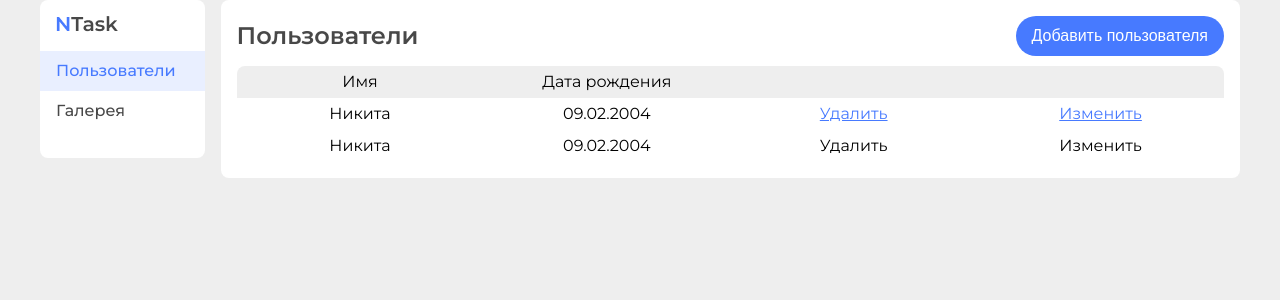
Repository: Grid-Master/NTask
Page: /
These files come from the project's save history. The page is drawn as it stood at one moment and after the next save; the edit follows.
The browser window is 1280 px wide. The pictures show the whole page.
The project was rebuilt for these pictures with package versions that can differ from the ones it lists, and the page was loaded fresh each time.

Above is the page before, as saved 2023-06-05 11:18:02.

### public/index.html
<!DOCTYPE html>
<html lang="en">
  <head>
    <meta charset="utf-8" />
    <link rel="icon" href="%PUBLIC_URL%/favicon.ico" />
    <meta name="viewport" content="width=device-width, initial-scale=1" />
    <meta name="theme-color" content="#000000" />
    <meta name="description" content="Web site created using create-react-app" />
    <link rel="apple-touch-icon" href="%PUBLIC_URL%/logo192.png" />
    <link rel="preconnect" href="https://fonts.googleapis.com" />
    <link rel="preconnect" href="https://fonts.gstatic.com" crossorigin />
    <link
      href="https://fonts.googleapis.com/css2?family=Montserrat:wght@300;400;500;600;700&display=swap"
      rel="stylesheet" />
    <link rel="manifest" href="%PUBLIC_URL%/manifest.json" />
    <title>React App</title>
  </head>
  <body>
    <noscript>You need to enable JavaScript to run this app.</noscript>
    <div id="root"></div>
  </body>
</html>

### src/index.css
html, body, div, span, applet, object, iframe,
h1, h2, h3, h4, h5, h6, p, blockquote, pre,
a, abbr, acronym, address, big, cite, code,
del, dfn, em, img, ins, kbd, q, s, samp,
small, strike, strong, sub, sup, tt, var,
b, u, i, center,
dl, dt, dd, ol, ul, li,
fieldset, form, label, legend,
table, caption, tbody, tfoot, thead, tr, th, td,
article, aside, canvas, details, embed,
figure, figcaption, footer, header, hgroup,
menu, nav, output, ruby, section, summary,
time, mark, audio, video {
	margin: 0;
	padding: 0;
	border: 0;
	font-size: 100%;
	font: inherit;
	vertical-align: baseline;
}
/* HTML5 display-role reset for older browsers */
article, aside, details, figcaption, figure,
footer, header, hgroup, menu, nav, section {
	display: block;
}
body {
	line-height: 1;
}
ol, ul {
	list-style: none;
}
blockquote, q {
	quotes: none;
}
blockquote:before, blockquote:after,
q:before, q:after {
	content: '';
	content: none;
}
table {
	border-collapse: collapse;
}
body {
  margin: 0;
  font-family: Montserrat;
  background: #EEEEEE;
  max-width: 1200px;
  margin: 0 auto;

}

code {
  font-family: source-code-pro, Menlo, Monaco, Consolas, 'Courier New',
    monospace;
}

### src/App.tsx
import './App.css';
import Navbar from './components/navabar/Navbar';
import UserList from './components/userList/UserList';

function App() {
  return (
    <div className="App">
      <Navbar />
      <UserList />
    </div>
  );
}

export default App;

### src/App.css
.App {
  display: flex;
  align-items:start;
  gap: 16px;
}

### src/components/navabar/Navbar.tsx
import { FC } from 'react';
import './navbar.sass';
const logo = require('../../images/logo.png');

const Navbar: FC = () => {
  return (
    <div className="navbar">
      <div className="navbar__imagecontainer">
        <img src={logo} alt="logo" />
      </div>
      <div className="navbar__item navbar__active">Пользователи</div>
      <div className="navbar__item">Галерея</div>
    </div>
  );
};

export default Navbar;

### src/components/userList/UserList.tsx
import React, { FC } from 'react';
import './userList.sass';

const UserList: FC = () => {
  return (
    <div className="userList">
      <div>
        <h1 className="userList__title">Пользователи</h1>
        <button className="userList__addUserBtn">Добавить пользователя</button>
      </div>
      <table className="userList__table">
        <tr className="userList__table-info">
          <td>Имя</td>
          <td>Дата рождения</td>
          <td></td>
          <td></td>
        </tr>
        <tr>
          <td>Никита</td>
          <td>09.02.2004</td>
          <td className="userList__table-btn">Удалить</td>
          <td className="userList__table-btn">Изменить</td>
        </tr>
        <tr>
          <td>Никита</td>
          <td>09.02.2004</td>
          <td>Удалить</td>
          <td>Изменить</td>
        </tr>
      </table>
    </div>
  );
};

export default UserList;

### src/components/navabar/navbar.sass
.navbar
    width: 200px
    height: 158px
    background: #FFFFFF
    border-radius: 8px
    &__imagecontainer
        padding: 16px 0
        margin-left: 16px
    &__item
        padding: 8px 16px
        cursor: pointer
        font-weight: 500
        font-size: 16px
        line-height: 150%
        color: #484848
    &__active
        background: #E9EFFF
        color: #477AFF

### src/components/userList/userList.sass
.userList
    width: 100%
    background: #FFFFFF
    border-radius: 8px
    padding: 16px
    >div
        display: flex
        align-items: center
        justify-content: space-between
    &__title
        font-weight: 600
        font-size: 24px
        line-height: 150%
        color: #484848
    &__addUserBtn
        font-weight: 500
        font-size: 16px
        line-height: 100%
        color: #FFFFFF
        background: #477AFF
        border-radius: 20px
        padding: 12px 16px
        border: none
        outline: none
        cursor: pointer
        transition: .3s
        &:hover
            opacity: .8
    &__table
        margin-top: 10px
        width: 100%
        border-radius: 8px
        td
            // border: 1px solid #EEEEEE
            width: 238px
            text-align: center
            padding: 8px 0
        &-btn
            cursor: pointer
            text-decoration-line: underline
            color: #477AFF
            transition: .2s
            &:hover
                opacity: .8
        tr:first-child td:first-child
            border-top-left-radius: 8px
        tr:first-child td:last-child
            border-top-right-radius: 8px
        &-info
            background-color: #EEEEEE
            border-radius: 8px !important

Loaded but not shown: src/index.tsx (common file)

After the next save:
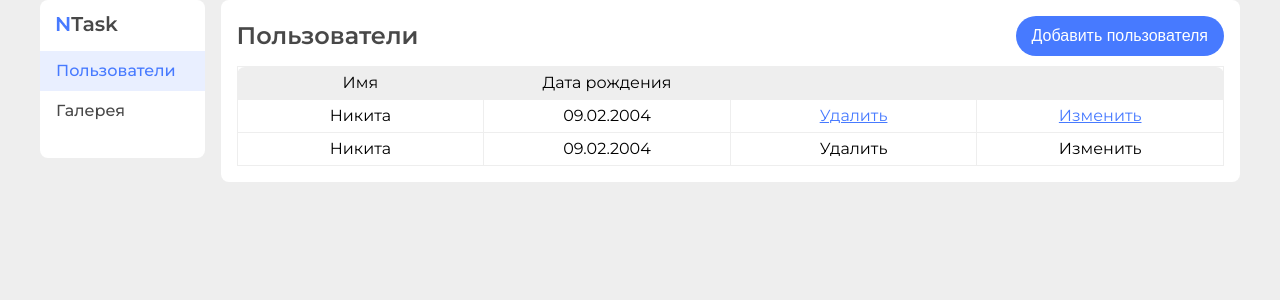
Saved 5 s later.
--- a/src/components/userList/userList.sass
+++ b/src/components/userList/userList.sass
@@ -31,7 +31,7 @@
         width: 100%
         border-radius: 8px
         td
-            // border: 1px solid #EEEEEE
+            border: 1px solid #EEEEEE
             width: 238px
             text-align: center
             padding: 8px 0
